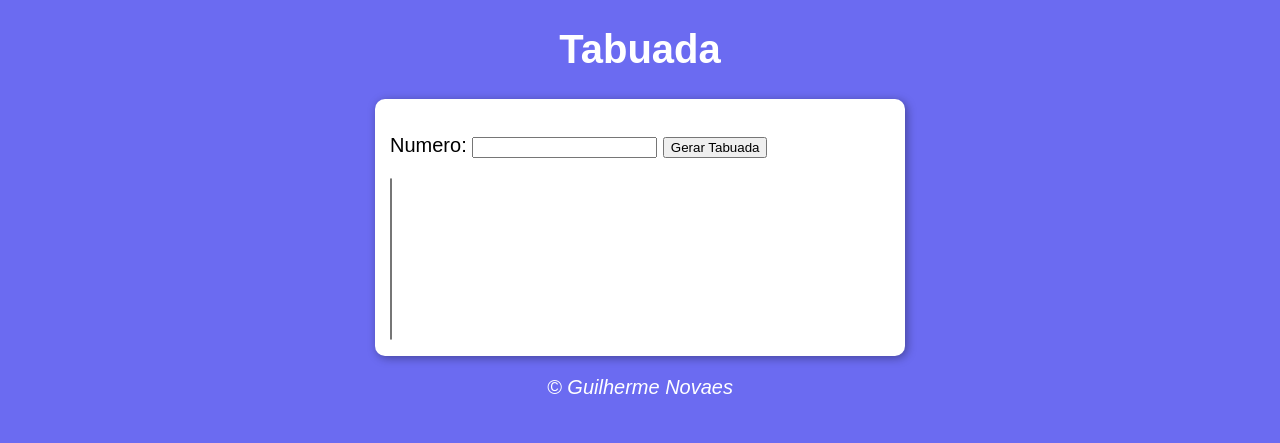
Repository: Guilherme-RNovaes/JavaScript-Curso
Page: Aula 14ex/ex017/index.html
An editor plug-in stored every save of this project. The page is shown before and after a run of saves, followed by the edit.
The browser window is 1280 px wide. The pictures show the whole page.

Above is the page before, as saved 2022-09-10 09:40:06.

After the next 3 saves:
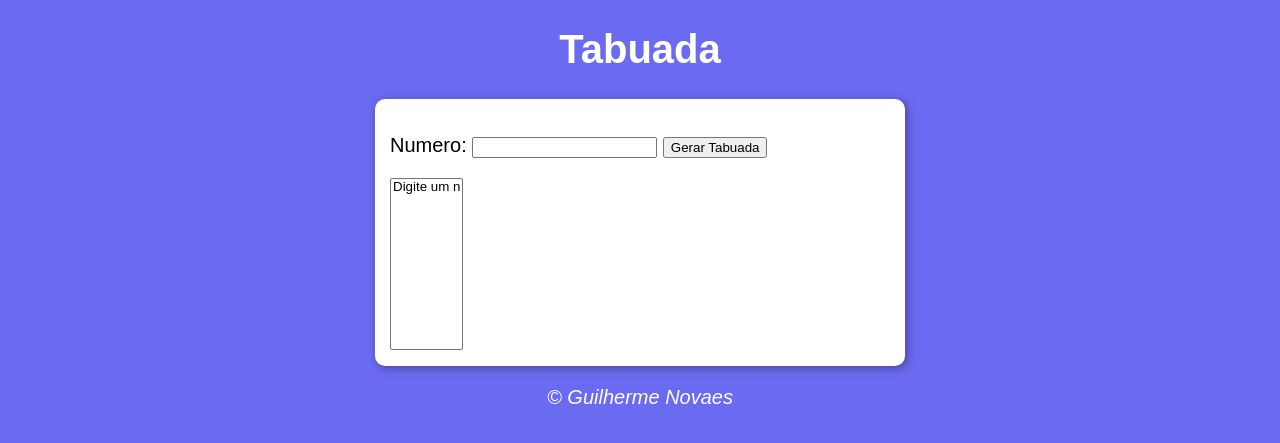
The 3 saves are shown as one change because they came seconds apart.
The last was saved 6 min 22 s later.
--- a/Aula 14ex/ex017/index.html
+++ b/Aula 14ex/ex017/index.html
@@ -20,7 +20,7 @@
         </div>
         <div>
             <select name="tabuada" id="seltab" size="10">
-
+                <option >Digite um n</option>
             </select>
         </div>
     </section>
